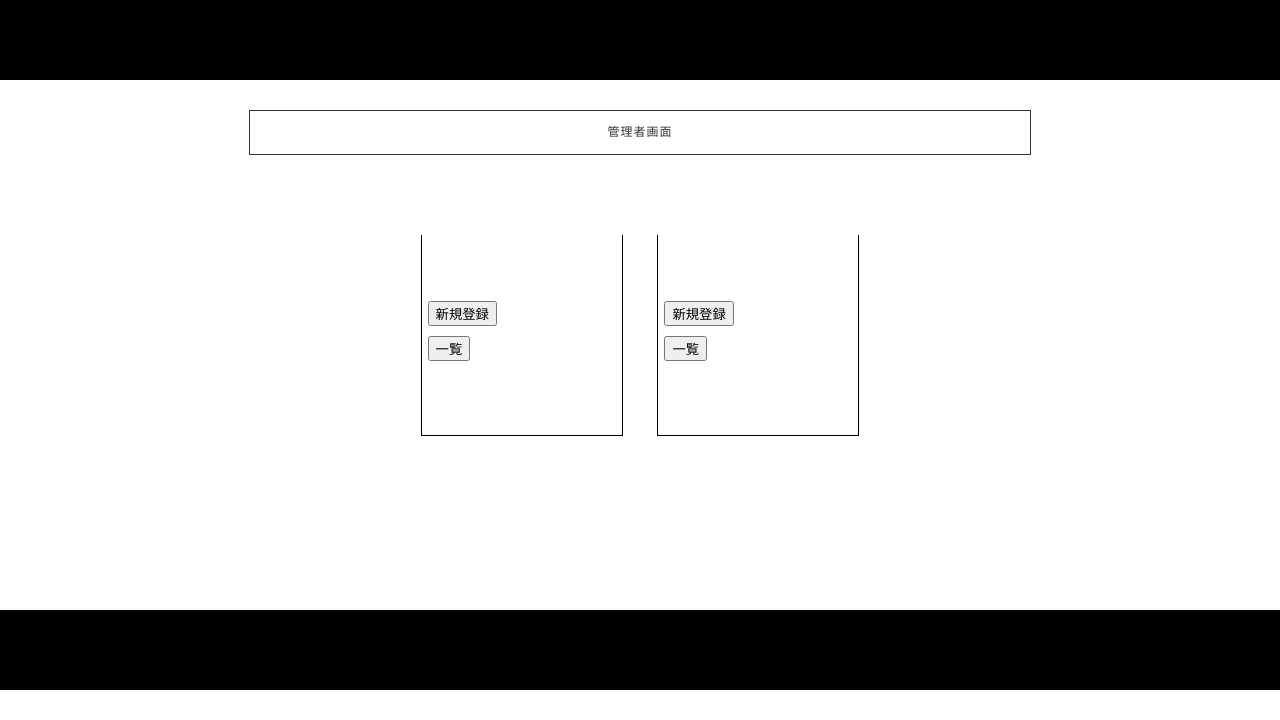
Repository: hiraide8/test
Page: http://localhost/ecsite/admin.jsp
The author's editor kept a copy of each file at every save. The page is drawn from the files as they stood at one save, then again after the next save.
The browser window is 1280 px wide. The pictures show the whole page.
The page is served by Tomcat 9. Other server files are loaded and not shown.

Above is the page before, as saved 2019-01-23 11:39:57.

### ecsite/WebContent/admin.jsp
<%@ page language="java" contentType="text/html; charset=UTF-8"
    pageEncoding="UTF-8"%>
<%@ taglib prefix="s" uri="/struts-tags" %>
<!DOCTYPE html PUBLIC "-//W3C//DTD HTML 4.01 Transitional//EN" "http://www.w3.org/TR/html4/loose.dtd">
<html>
<head>
       <meta http-equiv="Content-Type" content="text/html; charset=UTF-8">
       <meta http-equiv="Content-Style-Type" content="text/css"/>
       <meta http-equiv="Content-Script-Type" content="text/javascript"/>
       <meta http-equiv="imagetoolbar" content="no"/>
       <meta name="descripttion" content=""/>
       <meta name="keywords" content=""/>
       <title>管理者画面</title>
       <style type="text/css">
       /* ========TAG LAYOUT======== */
                body{
                  margin:0;
                  padding:0;
                  line-height:1.6;
                  letter-spacing:1px;
                  font-family:Verdana,Helvetica,sans-serif;
                  font-size:12px;
                  color:#333;
                  background:#fff;
                }
                table{
                  position:relative;
                  top:30px;
                }
       /* ========ID LAYOUT======== */
                #top{
                  width:780px;
                  margin:30px auto;
                  border:1px solid #333;
                }
                #header{
                  width:100%;
                  height:80px;
                  background-color:black;
                }
                #main{
                  width:100%;
                  height:500px;
                  text-align:center;
                }
                #footer{
                  width:100%;
                  height:80px;
                  background-color:black;
                  clear:both;
                }
       /* ========CLASS LAYOUT======== */
                .aaa{
                  margin:0 auto;
                  margin-left:15px;
                  margin-right:15px;
                  display:inline-block;
                  margin-top:50px;
                  width:200px;
                  height:200px;
                  border-right:1px solid black;
                  border-left:1px solid black;
                  border-bottom:1px solid black;
                }
       </style>
</head>
<body>
       <div id="header">
               <div id="pr">
               </div>
       </div>
       <div id="main">
               <div id="top">
                       <p>管理者画面</p>
               </div>
               <div class="aaa">
                       <table>
                       <tr>
                       <td>
                       <s:form action="ItemCreateAction">
                                  <s:submit value="新規登録"/>
                       </s:form>
                       </td>
                       </tr>
                       <tr>
                       <td>
                       <s:form action="ItemListAction">
                                  <s:submit value="一覧"/>
                       </s:form>
                       </td>
                       </tr>
                       </table>
               </div>
               <div class="aaa">
                       <table>
                       <tr>
                       <td>
                       <s:form action="UserCreateAction">
                                  <s:submit value="新規登録"/>
                       </s:form>
                       </td>
                       </tr>
                       <tr>
                       <td>
                       <s:form action="UserListAction">
                                  <s:submit value="一覧"/>
                       </s:form>
                       </td>
                       </tr>
                       </table>
               </div>
       </div>
       <div id="footer">
               <div id="pr">
               </div>
       </div>
</body>
</html>

After the next save:
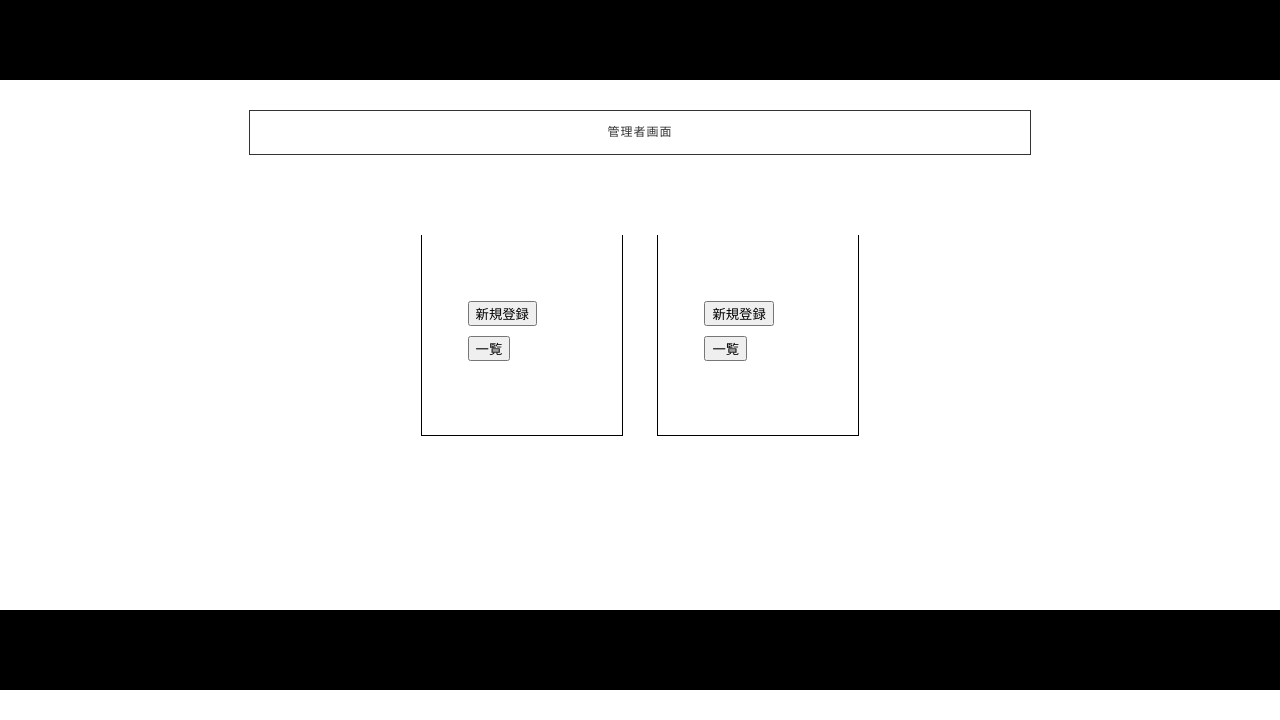
Saved 41 s later.
--- a/ecsite/WebContent/admin.jsp
+++ b/ecsite/WebContent/admin.jsp
@@ -26,6 +26,7 @@
                 table{
                   position:relative;
                   top:30px;
+                  left:20px;
                 }
        /* ========ID LAYOUT======== */
                 #top{
